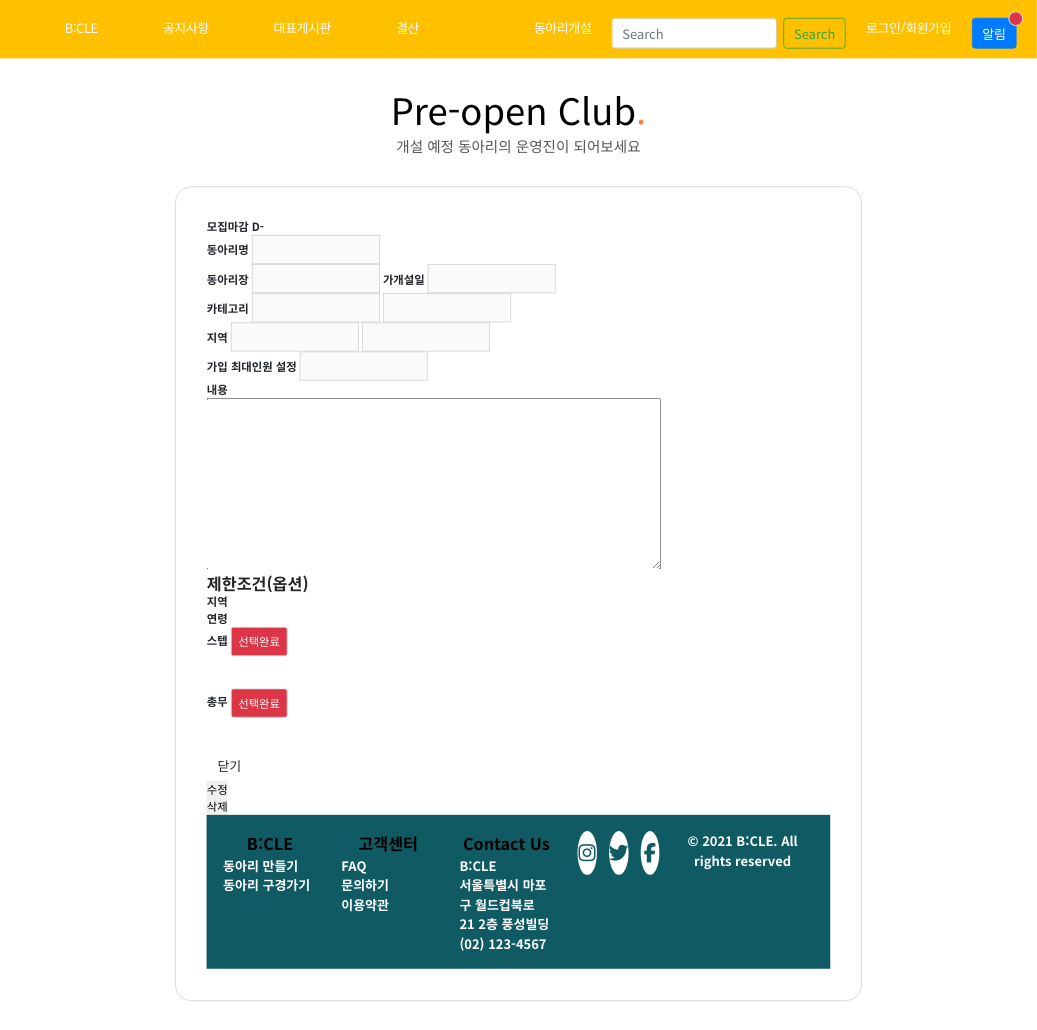
Repository: CHAEYUN7074/SpringProject
Page: http://localhost/viewpages/WEB-INF/view/ClubBeforeOpenedContents.jsp
These files come from the project's save history. The page is drawn as it stood at one moment and after the next save; the edit follows.
The browser window is 1280 px wide. The pictures show the whole page, at 81% of full size.
Some web fonts or font styles are not loaded; a fallback is used. Some web libraries are served in a nearby version. The page is served by Tomcat 9. Nobody is signed in. The template is opened directly, without the code that normally fills it, so the values that code supplies are empty.

Above is the page before, as saved 2021-12-27 14:04:28.

After the next save:
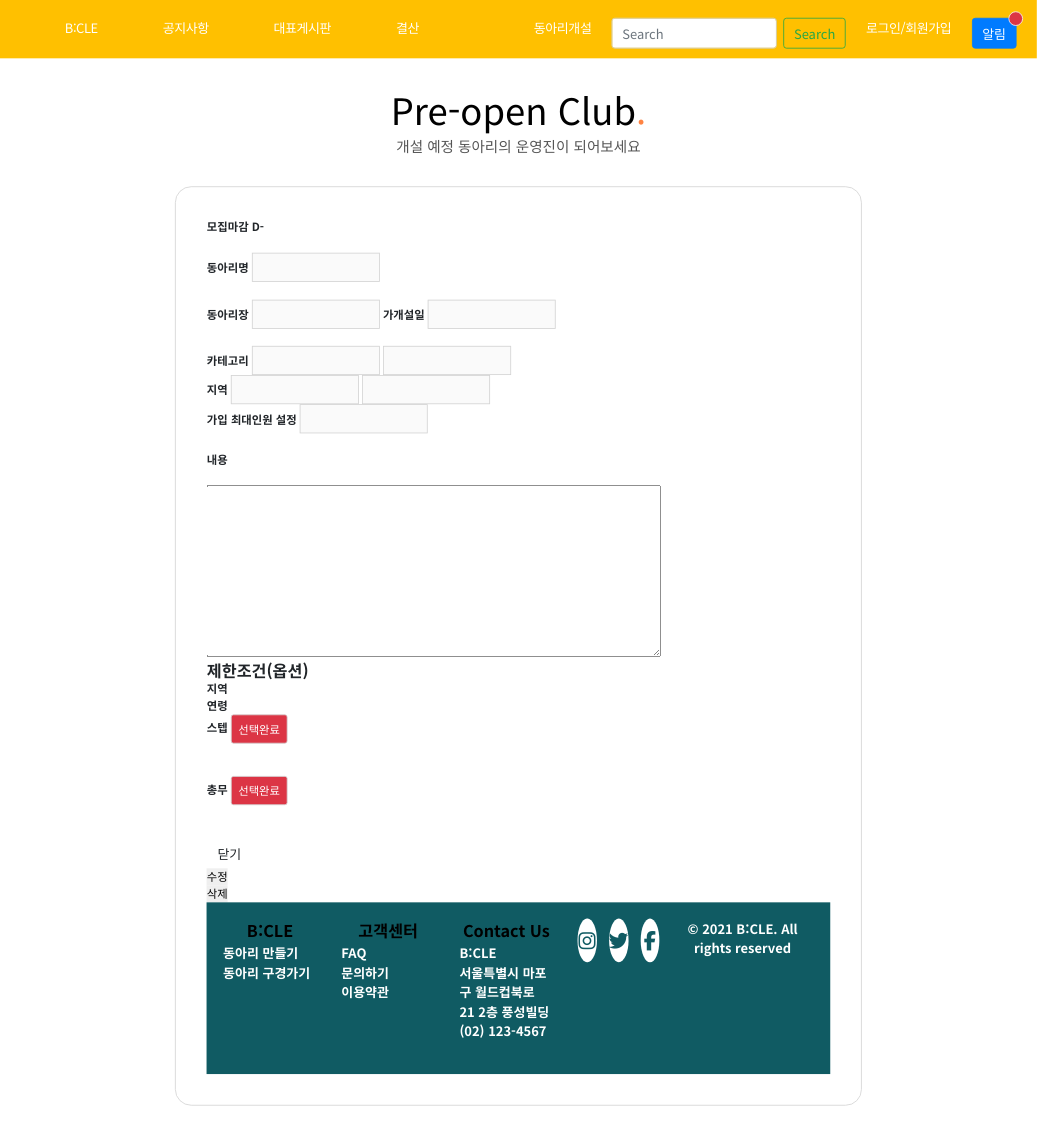
Saved 48 s later.
--- a/viewpages/WebContent/WEB-INF/view/ClubBeforeOpenedContents.jsp
+++ b/viewpages/WebContent/WEB-INF/view/ClubBeforeOpenedContents.jsp
@@ -53,8 +53,8 @@ String cp = request.getContextPath();
    font-weight:bold;
 }
 
-#contents input {   border : 1px solid lightgray;    height : 5vh; margin-right : 0vh; height : 5vh}
-
+#contents input {  border : 1px solid lightgray;    height : 5vh; margin-right : 0vh; height : 5vh}
+#contents p {margin-bottom : 3vh;}
 
 
 </style>
